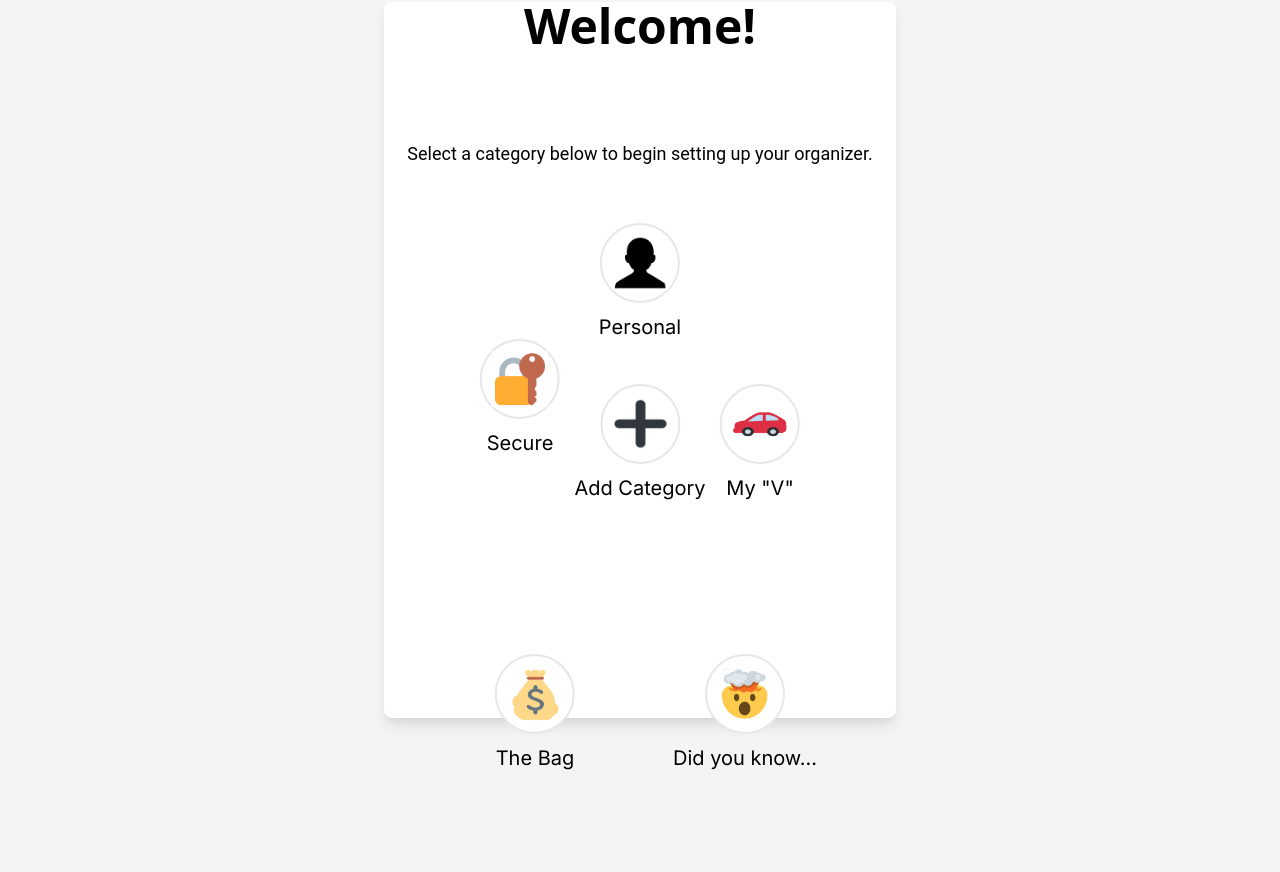
Repository: MercyB19/Russaw_Mercy_Adulting-101_Capstone
Page: page2.html
The author's editor kept a copy of each file at every save. The page is drawn from the files as they stood at one save, then again after the next save.
The browser window is 1280 px wide. The pictures show the whole page.
Some web fonts or font styles are not loaded; a fallback is used.

Above is the page before, as saved 2024-07-23 16:29:02.

After the next save:
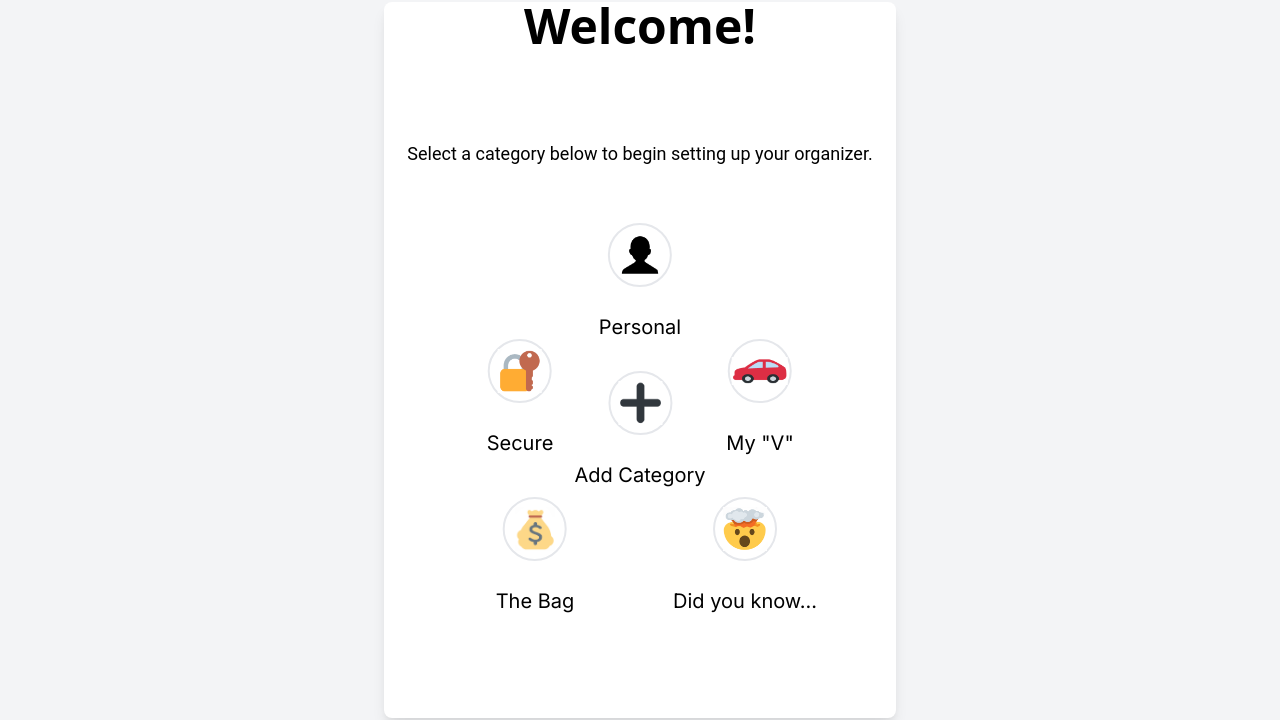
Saved 84 min 7 s later.
--- a/page2.html
+++ b/page2.html
@@ -35,25 +35,25 @@
     }
 
     .add-category {
-      top: 50%;
+      top: 47%;
       left: 50%;
       transform: translate(-50%, -50%);
     }
 
     .my-v {
-      top: 50%;
+      top: 40%;
       right: 10%;
       transform: translate(50%, -50%);
     }
 
     .the-bag {
-      bottom: -10%;
+      bottom: 25%;
       left: 15%;
       transform: translate(-50%, 50%);
     }
 
     .did-you-know {
-      bottom: -10%;
+      bottom: 25%;
       right: 15%;
       transform: translate(50%, 50%);
     }
@@ -75,38 +75,38 @@
     </div>
     <div class="pentagon-layout">
       <div class="personal flex flex-col items-center">
-        <div class="w-20 h-20  flex justify-center items-center bg-white border-2  rounded-full mb-2">
-          <img src="Images/Person_personal_img.png" alt="Personal" class="w-14 h-13">
+        <div class="w-16 h-16  flex justify-center items-center bg-white border-2  rounded-full mb-2">
+          <img src="Images/Person_personal_img.png" alt="Personal" class="w-10 h-10">
         </div>
         <p class="icon-title text-xl" style="font-family: 'Inter', sans-serif;">Personal</p>
       </div>
       <div class="secure flex flex-col items-center">
-        <div class="w-20 h-20 flex justify-center items-center bg-white border-2 rounded-full mb-2">
-          <img src="Images/Secure_icon_img.png" alt="Secure" class="w-14 h-14">
+        <div class="w-16 h-16 flex justify-center items-center bg-white border-2 rounded-full mb-2">
+          <img src="Images/Secure_icon_img.png" alt="Secure" class="w-11 h-11">
         </div>
         <p class="icon-title text-xl" style="font-family: 'Inter', sans-serif;">Secure</p>
       </div>
       <div class="add-category flex flex-col items-center">
-        <div class="w-20 h-20 flex justify-center items-center bg-white border-2 rounded-full mb-2">
-          <img src="Images/Add_new_img.png" alt="Add Category" class="w-14 h-13">
+        <div class="w-16 h-16 flex justify-center items-center bg-white border-2 rounded-full mb-2">
+          <img src="Images/Add_new_img.png" alt="Add Category" class="w-11 h-11">
         </div>
         <p class="icon-title text-xl" style="font-family: 'Inter', sans-serif;">Add Category</p>
       </div>
       <div class="my-v flex flex-col items-center">
-        <div class="w-20 h-20 flex justify-center items-center bg-white border-2  rounded-full mb-2">
+        <div class="w-16 h-16 flex justify-center items-center bg-white border-2  rounded-full mb-2">
           <img src="Images/My_V_img.png" alt="My V" class="w-14 h-15">
         </div>
         <p class="icon-title text-xl" style="font-family: 'Inter', sans-serif;">My "V"</p>
       </div>
       <div class="the-bag flex flex-col items-center">
-        <div class="w-20 h-20 flex justify-center items-center bg-white border-2 rounded-full mb-2">
-          <img src="Images/The_bag_icon_img.png" alt="The Bag" class="w-13 h-14">
+        <div class="w-16 h-16 flex justify-center items-center bg-white border-2 rounded-full mb-2">
+          <img src="Images/The_bag_icon_img.png" alt="The Bag" class="w-13 h-11">
         </div>
         <p class="icon-title text-xl" style="font-family: 'Inter', sans-serif;">The Bag</p>
       </div>
       <div class="did-you-know flex flex-col items-center">
-        <div class="w-20 h-20 flex justify-center items-center bg-white border-2 rounded-full mb-2">
-          <img src="Images/did_you_know_icon.png" alt="Did you know" class="w-12 h-13">
+        <div class="w-16 h-16 flex justify-center items-center bg-white border-2 rounded-full mb-2">
+          <img src="Images/did_you_know_icon.png" alt="Did you know" class="w-11 h-11">
         </div>
         <p class="icon-title text-xl" style="font-family: 'Inter', sans-serif;">Did you know...</p>
       </div>
